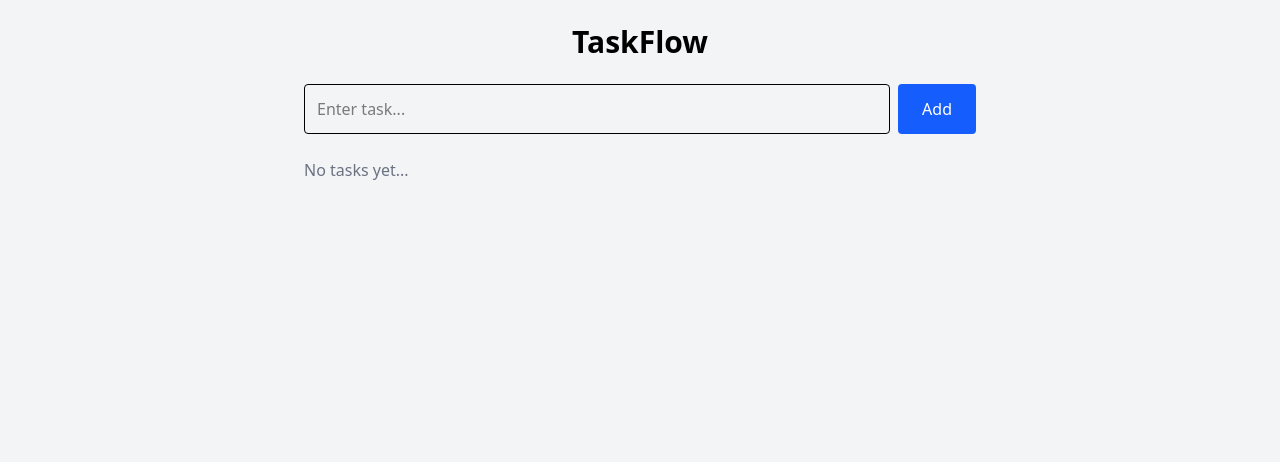
Repository: Manny1294/Taskflow
Page: /
The author's editor kept a copy of each file at every save. The page is drawn from the files as they stood at one save, then again after the next save.
The browser window is 1280 px wide. The pictures show the whole page.
The project was rebuilt for these pictures with package versions that can differ from the ones it lists, and the page was loaded fresh each time. Also part of the build but not shown: vite.config.js, src/components/TaskItem.jsx.

Above is the page before, as saved 2026-02-11 08:42:21.

### index.html
<!doctype html>
<html lang="en">
  <head>
    <meta charset="UTF-8" />
    <link rel="icon" type="image/svg+xml" href="/vite.svg" />
    <meta name="viewport" content="width=device-width, initial-scale=1.0" />
    <title>taskflow</title>
  </head>
  <body>
    <div id="root"></div>
    <script type="module" src="/src/main.jsx"></script>
  </body>
</html>

### src/App.jsx
import { useState } from "react";
import TaskForm from "./components/TaskForm";
import TaskList from "./components/TaskList";

function App() {
  const [tasks, setTasks] = useState([]);

  // add task
  function addTask(title) {
    const newTask = {
      id: crypto.randomUUID(),
      title: title,
      status: "todo",
    };

    setTasks([...tasks, newTask]);
  }

  // delete task
  function deleteTask(id) {
    const updated = tasks.filter((task) => task.id !== id);
    setTasks(updated);
  }

  return (
    <div className="min-h-screen bg-gray-100 p-6">
      {/* Header */}
      <header className="mb-6">
        <h1 className="text-3xl font-bold text-center">TaskFlow</h1>
      </header>

      {/* Main content */}
      <main className="max-w-2xl mx-auto">
        <TaskForm addTask={addTask} />
        <TaskList tasks={tasks} deleteTask={deleteTask} />
      </main>
    </div>
  );
}

export default App;

### src/components/TaskForm.jsx
import { useState } from "react";

function TaskForm({ addTask }) {
  // Local state for the input field
  const [title, setTitle] = useState("");
  const [description, setDescription] = useState("");
  const [priority, setPriority] = useState("medium");
  const [status, setStatus] = useState("todo");

  // Runs when the form is submitted
  function handleSubmit(e) {
    e.preventDefault();

    // Prevent adding empty tasks
    if (!title.trim()) return;

    // Send the title up to the parent component (App)
    addTask(title);

    // Clear the input after submit
    setTitle("");
  }

  return (
    <form onSubmit={handleSubmit} className="flex gap-2 mb-6">
      <input
        type="text"
        placeholder="Enter task..."
        className="flex-1 border p-3 rounded"
        value={title}
        onChange={(e) => setTitle(e.target.value)}
      />

      <button type="submit" className="bg-blue-600 text-white px-6 rounded">
        Add
      </button>
    </form>
  );
}

export default TaskForm;

### src/components/TaskList.jsx
import TaskItem from "./TaskItem";

export default function TaskList({ tasks, deleteTask }) {
  return (
    <div className="space-y-3">
      {tasks.length === 0 && <p className="text-gray-500">No tasks yet...</p>}

      {tasks.map((task) => (
        <TaskItem key={task.id} task={task} deleteTask={deleteTask} />
      ))}
    </div>
  );
}

Loaded but not shown: src/main.jsx (common file); src/index.css (common file)

After the next save:
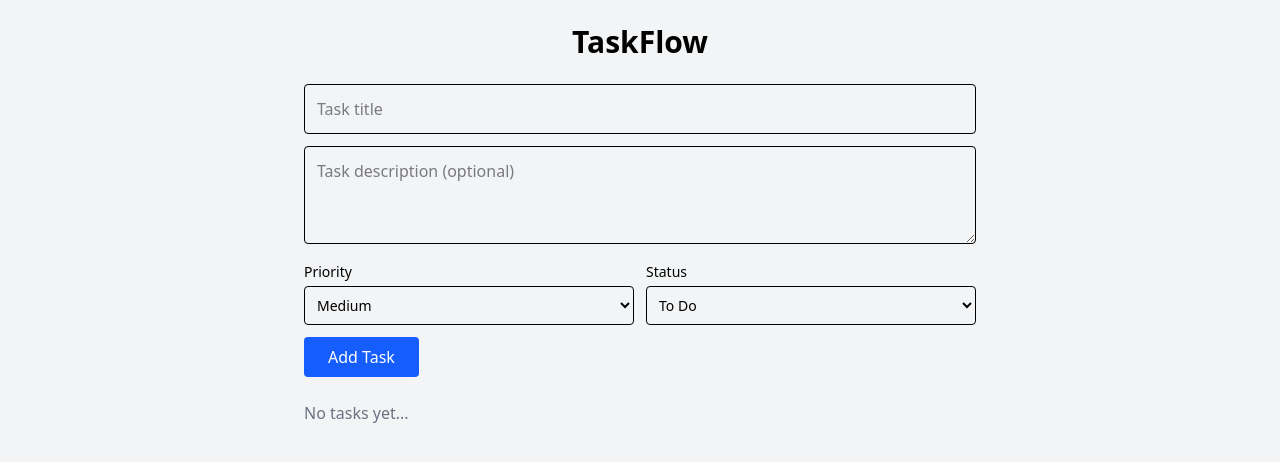
Saved 91 s later.
--- a/src/components/TaskForm.jsx
+++ b/src/components/TaskForm.jsx
@@ -1,7 +1,7 @@
 import { useState } from "react";
 
 function TaskForm({ addTask }) {
-  // Local state for the input field
+  // Local state for each form field
   const [title, setTitle] = useState("");
   const [description, setDescription] = useState("");
   const [priority, setPriority] = useState("medium");
@@ -14,25 +14,74 @@ function TaskForm({ addTask }) {
     // Prevent adding empty tasks
     if (!title.trim()) return;
 
-    // Send the title up to the parent component (App)
-    addTask(title);
+    // Send the full task data up to the parent component (App)
+    addTask({
+      title: title.trim(),
+      description: description.trim(),
+      priority,
+      status,
+    });
 
     // Clear the input after submit
     setTitle("");
+    setDescription("");
+    setPriority("medium");
+    setStatus("todo");
   }
 
   return (
-    <form onSubmit={handleSubmit} className="flex gap-2 mb-6">
+    <form onSubmit={handleSubmit} className="space-y-3 mb-6">
       <input
         type="text"
-        placeholder="Enter task..."
-        className="flex-1 border p-3 rounded"
+        placeholder="Task title"
+        className="w-full border p-3 rounded"
         value={title}
         onChange={(e) => setTitle(e.target.value)}
+        maxLength={100}
       />
 
-      <button type="submit" className="bg-blue-600 text-white px-6 rounded">
-        Add
+      <textarea
+        placeholder="Task description (optional)"
+        className="w-full border p-3 rounded"
+        value={description}
+        onChange={(e) => setDescription(e.target.value)}
+        maxLength={500}
+        rows={3}
+      />
+
+      <div className="grid gap-3 md:grid-cols-2">
+        <label className="text-sm">
+          Priority
+          <select
+            className="mt-1 w-full border p-2 rounded"
+            value={priority}
+            onChange={(e) => setPriority(e.target.value)}
+          >
+            <option value="low">Low</option>
+            <option value="medium">Medium</option>
+            <option value="high">High</option>
+          </select>
+        </label>
+
+        <label className="text-sm">
+          Status
+          <select
+            className="mt-1 w-full border p-2 rounded"
+            value={status}
+            onChange={(e) => setStatus(e.target.value)}
+          >
+            <option value="todo">To Do</option>
+            <option value="in-progress">In Progress</option>
+            <option value="done">Done</option>
+          </select>
+        </label>
+      </div>
+
+      <button
+        type="submit"
+        className="bg-blue-600 text-white px-6 py-2 rounded"
+      >
+        Add Task
       </button>
     </form>
   );
